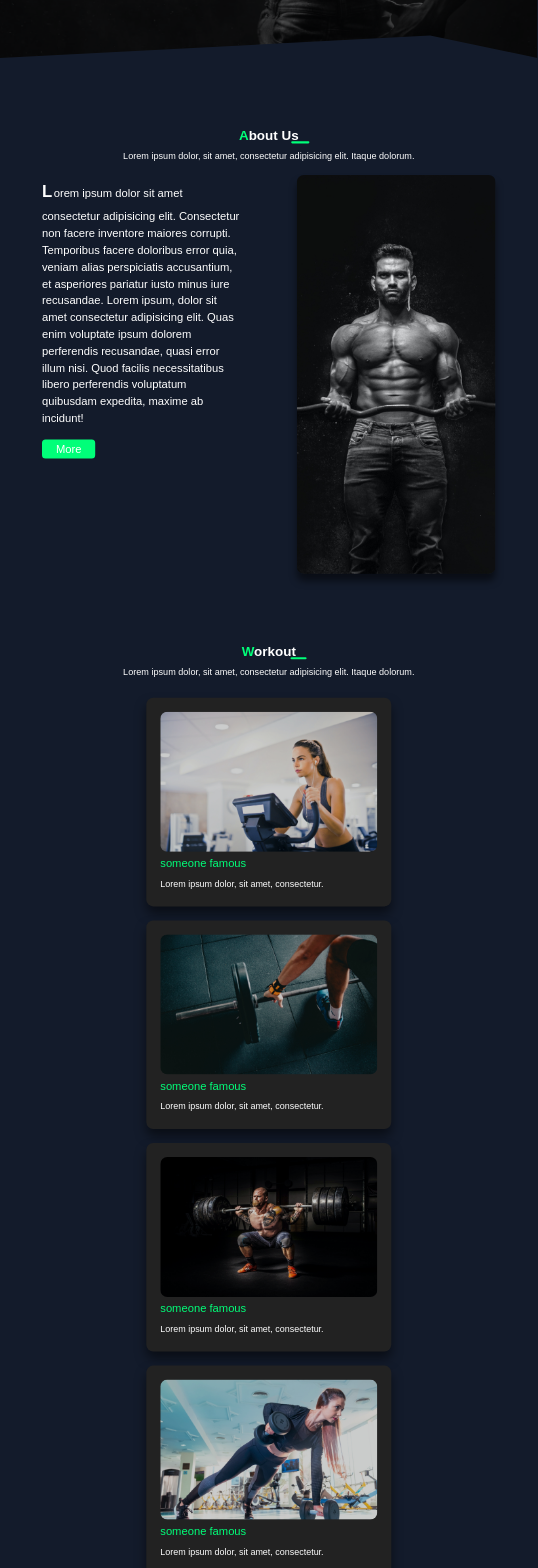
Repository: guilhermecardoso93/fitapex
Page: index.html
These files come from the project's save history. The page is drawn as it stood at one moment and after the next save; the edit follows.
The browser window is 768 px wide. The pictures show the part of the page from y = 557 to 2797 px (the page is 9305 px tall before and 9497 px after), at 70% of full size.

Above is the page before, as saved 2023-03-08 22:01:48.

### index.html
<!DOCTYPE html>
<html lang="pr-BR">
  <head>
    <meta charset="UTF-8" />
    <meta http-equiv="X-UA-Compatible" content="IE=edge" />
    <meta name="viewport" content="width=device-width, user-scalable=yes,
      initial-scale=1.0, maximum-scale=10, minimum-scale=1.0">
    <link rel="stylesheet" href="styles.css" />
    <link
      rel="stylesheet"
      href="https://cdnjs.cloudflare.com/ajax/libs/font-awesome/4.7.0/css/font-awesome.css"
      />
    <title>F.A GYM</title>
  </head>
  <body>

    <div class="navbar">
      <a href="#" class="logo">F<B>A</B>.</a>
      <div class="toggle" onclick="navToggle()"></div>
      <ol>
        <li> <a href="#home" onclick="navToggle()">home</a> </li>
        <li> <a href="#about" onclick="navToggle()">about</a> </li>
        <li> <a href="#workout" onclick="navToggle()">workout</a> </li>
        <li> <a href="#trainers" onclick="navToggle()">trainers</a> </li>
        <li> <a href="#diet" onclick="navToggle()">diet</a> </li>
        <li> <a href="#contact" onclick="navToggle()">contact</a> </li>
      </ol>
    </div>

    <section id="home" class="home view">
      <div class="highlights">
        <h3>feel the power with</h3>
        <h1><b>FIT</b>APEX</h1>
        <br />
        <p class="tagline">
          Lorem ipsum dolor sit amet, consectetur adipisicing elit. Totam facere
          iure recusandae? Similique, doloribus voluptatibus? Repudiandae aut
          eius mollitia exercitationem beatae eveniet expedita. Ipsa, expedita
          ipsum ipsam magnam illo quae.
        </p>
        <button class="join">join now</button>
      </div>
      <div class="banner" />
      </section>

      <section id="about" class="about view">
        <div class="main">
          <h2><span>A</span>bout Us</h2>
          <h6>
            Lorem ipsum dolor, sit amet, consectetur adipisicing elit. Itaque
            dolorum.
          </h6>
        </div>
        <div class="content">
          <div class="cols">
            <p>
              <b>L</b>orem ipsum dolor sit amet consectetur adipisicing elit.
              Consectetur non facere inventore maiores corrupti. Temporibus
              facere
              doloribus error quia, veniam alias perspiciatis accusantium, et
              asperiores pariatur iusto minus iure recusandae. Lorem ipsum,
              dolor
              sit amet consectetur adipisicing elit. Quas enim voluptate ipsum
              dolorem perferendis recusandae, quasi error illum nisi. Quod
              facilis
              necessitatibus libero perferendis voluptatum quibusdam expedita,
              maxime ab incidunt!
            </p>
            <a href="#">more</a>
          </div>
          <div class="cols">
            <div class="box">
              <img src="./assets/about.jpg" alt="" />
            </div>
          </div>
        </div>
      </section>

      <section id="workout" class="workout view">
        <div class="main">
          <h2><span>W</span>orkout</h2>
          <h6>
            Lorem ipsum dolor, sit amet, consectetur adipisicing elit. Itaque
            dolorum.
          </h6>
        </div>
        <div class="content">
          <div class="frame">
            <div class="box">
              <img src="./assets/workout1.jpg" alt="" />
            </div>
            <div class="title">someone famous</div>
            <p>Lorem ipsum dolor, sit amet, consectetur.</p>
          </div>
          <div class="frame">
            <div class="box">
              <img src="./assets/workout2.jpg" alt="" />
            </div>
            <div class="title">someone famous</div>
            <p>Lorem ipsum dolor, sit amet, consectetur.</p>
          </div>
          <div class="frame">
            <div class="box">
              <img src="./assets/workout3.jpg" alt="" />
            </div>
            <div class="title">someone famous</div>
            <p>Lorem ipsum dolor, sit amet, consectetur.</p>
          </div>
          <div class="frame">
            <div class="box">
              <img src="./assets/workout4.jpg" alt="" />
            </div>
            <div class="title">someone famous</div>
            <p>Lorem ipsum dolor, sit amet, consectetur.</p>
          </div>
          <div class="frame">
            <div class="box">
              <img src="./assets/workout5.jpg" alt="" />
            </div>
            <div class="title">someone famous</div>
            <p>Lorem ipsum dolor, sit amet, consectetur.</p>
          </div>
          <div class="frame">
            <div class="box">
              <img src="./assets/workout6.jpg" alt="" />
            </div>
            <div class="title">someone famous</div>
            <p>Lorem ipsum dolor, sit amet, consectetur.</p>
          </div>
        </div>
      </section>

      <section id="trainers" class="trainers view">
        <div class="main">
          <h2><span>B</span>est<span> T</span>rainers</h2>
          <h6>
            Lorem ipsum dolor, sit amet, consectetur adipisicing elit. Itaque
            dolorum.
          </h6>
        </div>
        <div class="content">
          <div class="frame">
            <div class="box">
              <img src="./assets/trainer1.jpg" alt="" />
            </div>
            <div class="headline">
              <div class="title">someone famous</div>
              <div class="icons">
                <i class="fa fa-facebook"></i>
                <i class="fa fa-twitter"></i>
                <i class="fa fa-linkedin"></i>
              </div>
            </div>
            <p>Lorem ipsum dolor sit, amet consectetur adipisicing elit.</p>
            <a href="">Explore</a>
          </div>
          <div class="frame">
            <div class="box">
              <img src="./assets/trainer2.jpg" alt="" />
            </div>
            <div class="headline">
              <div class="title">someone famous</div>
              <div class="icons">
                <i class="fa fa-facebook"></i>
                <i class="fa fa-twitter"></i>
                <i class="fa fa-linkedin"></i>
              </div>
            </div>
            <p>Lorem ipsum dolor sit, amet consectetur adipisicing elit.</p>
            <a href="">Explore</a>
          </div>
          <div class="frame">
            <div class="box">
              <img src="./assets/trainer3.jpg" alt="" />
            </div>
            <div class="headline">
              <div class="title">someone famous</div>
              <div class="icons">
                <i class="fa fa-facebook"></i>
                <i class="fa fa-twitter"></i>
                <i class="fa fa-linkedin"></i>
              </div>
            </div>
            <p>Lorem ipsum dolor sit, amet consectetur adipisicing elit.</p>
            <a href="">Explore</a>
          </div>
          <div class="frame">
            <div class="box">
              <img src="./assets/trainer4.jpg" alt="" />
            </div>
            <div class="headline">
              <div class="title">someone famous</div>
              <div class="icons">
                <i class="fa fa-facebook"></i>
                <i class="fa fa-twitter"></i>
                <i class="fa fa-linkedin"></i>
              </div>
            </div>
            <p>Lorem ipsum dolor sit, amet consectetur adipisicing elit.</p>
            <a href="">Explore</a>
          </div>
        </div>
      </section>

      <section id="diet" class="diet view">
        <div class="main">
          <h2><span>S</span>pecial<span> D</span>iet</h2>
          <h6>
            Lorem ipsum dolor, sit amet, consectetur adipisicing elit. Itaque
            dolorum.
          </h6>
        </div>
        <div class="content">
          <div class="row">
            <div class="cols a">
              <div class="heading">
                boiled chicken
              </div>
              <p>
                Lorem ipsum dolor sit amet consectetur adipisicing elit.
                Nostrum provident minus distinctio architecto debitis eos
                adipisci ipsum iure qui esse corporis vitae facere aliquid magni
                maiores, sit cupiditate dignissimos amet. Lorem ipsum dolor sit
                amet consectetur adipisicing elit. <br> Repellat non, tempora
                deleniti soluta placeat quam? Dolorem architecto nemo quae nulla
                provident natus quasi perferendis assumenda in, dolor deleniti
                aspernatur est.
              </p>
            </div>
            <div class="cols b">
              <div class="boxes">
                <img src="./assets/diet1.jpg" alt="">
              </div>
            </div>
          </div>
          <div class="row">
            <div class="cols a">
              <div class="heading">
                bread salad
              </div>
              <p>
                Lorem ipsum dolor sit amet consectetur adipisicing elit.
                Nostrum provident minus distinctio architecto debitis eos
                adipisci ipsum iure qui esse corporis vitae facere aliquid magni
                maiores, sit cupiditate dignissimos amet. Lorem ipsum dolor sit
                amet consectetur adipisicing elit. <br> Repellat non, tempora
                deleniti soluta placeat quam? Dolorem architecto nemo quae nulla
                provident natus quasi perferendis assumenda in, dolor deleniti
                aspernatur est.
              </p>
            </div>
            <div class="cols b">
              <div class="boxes">
                <img src="./assets/diet2.jpg" alt="">
              </div>
            </div>
          </div>
          <div class="row">
            <div class="cols a">
              <div class="heading">
                dry fruits
              </div>
              <p>
                Lorem ipsum dolor sit amet consectetur adipisicing elit.
                Nostrum provident minus distinctio architecto debitis eos
                adipisci ipsum iure qui esse corporis vitae facere aliquid magni
                maiores, sit cupiditate dignissimos amet. Lorem ipsum dolor sit
                amet consectetur adipisicing elit. <br> Repellat non, tempora
                deleniti soluta placeat quam? Dolorem architecto nemo quae nulla
                provident natus quasi perferendis assumenda in, dolor deleniti
                aspernatur est.
              </p>
            </div>
            <div class="cols b">
              <div class="boxes">
                <img src="./assets/diet3.jpg" alt="">
              </div>
            </div>
          </div>
          <div class="row">
            <div class="cols a">
              <div class="heading">
                healthy fruits
              </div>
              <p>
                Lorem ipsum dolor sit amet consectetur adipisicing elit.
                Nostrum provident minus distinctio architecto debitis eos
                adipisci ipsum iure qui esse corporis vitae facere aliquid magni
                maiores, sit cupiditate dignissimos amet. Lorem ipsum dolor sit
                amet consectetur adipisicing elit. <br> Repellat non, tempora
                deleniti soluta placeat quam? Dolorem architecto nemo quae nulla
                provident natus quasi perferendis assumenda in, dolor deleniti
                aspernatur est.
              </p>
            </div>
            <div class="cols b">
              <div class="boxes">
                <img src="./assets/diet4.jpg" alt="">
              </div>
            </div>
          </div>
          <div class="row">
            <div class="cols a">
              <div class="heading">
                fresh juices
              </div>
              <p>
                Lorem ipsum dolor sit amet consectetur adipisicing elit.
                Nostrum provident minus distinctio architecto debitis eos
                adipisci ipsum iure qui esse corporis vitae facere aliquid magni
                maiores, sit cupiditate dignissimos amet. Lorem ipsum dolor sit
                amet consectetur adipisicing elit. <br> Repellat non, tempora
                deleniti soluta placeat quam? Dolorem architecto nemo quae nulla
                provident natus quasi perferendis assumenda in, dolor deleniti
                aspernatur est.
              </p>
            </div>
            <div class="cols b">
              <div class="boxes">
                <img src="./assets/diet5.jpg" alt="">
              </div>
            </div>
          </div>
          <div class="row">
            <div class="cols a">
              <div class="heading">
                some proteins
              </div>
              <p>
                Lorem ipsum dolor sit amet consectetur adipisicing elit.
                Nostrum provident minus distinctio architecto debitis eos
                adipisci ipsum iure qui esse corporis vitae facere aliquid magni
                maiores, sit cupiditate dignissimos amet. Lorem ipsum dolor sit
                amet consectetur adipisicing elit. <br> Repellat non, tempora
                deleniti soluta placeat quam? Dolorem architecto nemo quae nulla
                provident natus quasi perferendis assumenda in, dolor deleniti
                aspernatur est.
              </p>
            </div>
            <div class="cols b">
              <div class="boxes">
                <img src="./assets/diet6.jpg" alt="">
              </div>
            </div>
          </div>
        </div>
      </section>

      <section id="contact" class="contact view">
        <div class="main">
          <h2><span>C</span>ontact</h2>
          <h6>Lorem ipsum dolor, sit amet, consectetur adipisicing elit. Itaque
            dolorum.</h6>
        </div>

        <div class="content">
          <form>
            <input type="text" placeholder="User"/>
            <input type="email" placeholder="Email"/>
            <textarea rows="5" placeholder="What's on your mind"></textarea>
            <br>
            <input type="submit" value="Send" class="button"/>
          </form>
          <div class="bgimg">
          </div>
        </div>
        <section class="copyright">
          copyright <a href="#">WebkitCoding</a> 2023 | All Rights Reserved
        </section>
      </section>

    </body>
    <script src="script.js"></script>
  </html>

### styles.css
@import url("https://fonts.googleapis.com/css2?family=Poppins:wght@400;500&display=swap");

@import "./css/_navbar.css";
@import "./css/_home.css";
@import "./css/_about.css";
@import "./css/_workout.css";
@import "./css/_trainers.css";
@import "./css/_diet.css";
@import "./css/_contact.css";

* {
  margin: 0;
  padding: 0;
  box-sizing: border-box;
  font-family: "Poppisns", sans-serif;
  outline: none;
  color: #fff;
  scroll-behavior: smooth;
}

:root {
  --prime: #00ff79;
}

body {
  background-color: #131b2b;
}

.view {
  width: 100%;
  min-height: 80vh;
  position: relative;
}

### css/_navbar.css
.navbar {
  width: 100%;
  display: flex;
  position: fixed;
  padding: 30px 120px;
  justify-content: space-between;
  z-index: 1111;
  transition: 0.5s ease;
}

.navbar.sticky {
  padding: 6px 60px;
  background: #0c1518;
  box-shadow: 0 0 15px rgba(0, 0, 0, 0.3);
}

.navbar.sticky .logo {
  font-size: 2em;
  color: var(--prime);
}

.navbar.sticky .logo B {
  color: #fff;
}

.logo {
  font-size: 2.8em;
  font-weight: 800;
  letter-spacing: 2px;
  text-transform: uppercase;
  text-decoration: none;
}

.logo B {
  color: var(--prime);
}

ol {
  display: flex;
  margin: auto 0;
}

ol li {
  list-style: none;
  margin-left: 20px;
}

ol li a {
  font-size: 20px;
  font-weight: 500;
  text-transform: uppercase;
  text-decoration: none;
}

ol li:hover a {
  color: var(--prime);
}

// Responsive
@media (max-width: 767px) {
  /* de 0px até 767px */
}
@media (max-width: 992px) {
  .navbar {
    padding: 0 60px;
  }

  .navbar ol {
    display: none;
  }

  .navbar ol.active {
    top: 60px;
    left: 0;
    width: 100%;
    display: flex;
    position: fixed;
    padding-top: 10px;
    background: #222;
    align-items: center;
    justify-content: top;
    flex-direction: column;
    height: calc(100% - 60px);
    gap: 5px;
  }

  .navbar ol.active li {
    font-size: 25px;
  }

  .navbar .toggle {
    height: 25px;
    width: 25px;
    margin: auto 0;
    cursor: pointer;
    background: url("../assets/menubar.jpg");
    background-size: 25px;
    background-position: center;
    filter: invert(1);
    background-repeat: no-repeat;
  }

  .navbar .toggle.active {
    background: url("../assets/close.png");
    background-size: 40px;
    background-position: center;
    filter: invert(1);
  }

  .highilights h3 {
    font-size: 3vw;
    padding: 5px 10px;
    border-left: 3px solid var(--prime);
  }

  .highilights h1 {
    font-size: 16vw;
  }

  .highilights .join {
    font-size: 1.8vw;
    border: 1px solid var(--prime);
  }

  .main h2 {
    font-size: 1.5rem;
  }

  .main h6 {
    font-size: 10px;
  }
}

### css/_home.css
.home {
  display: flex;
  min-height: 120vh;
  align-items: center;
  justify-content: center;
  clip-path: polygon(0 0, 100% 0, 100% 100%, 80% 95%, 0 100%);
}

.banner {
  height: 100%;
  width: 100%;
  position: absolute;
  background: url("../assets/banner.jpg");
  background-size: cover;
  background-position: center;
  filter: brightness(40%);
}

.highlights {
  width: 50%;
  position: relative;
  display: inline-block;
  justify-content: center;
  z-index: 11;
}

.highlights h3 {
  display: inline;
  font-size: 2vw;
  padding: 5px 20px;
  font-weight: lighter;
  text-transform: capitalize;
  border-left: 6px solid var(--prime);
}

.highlights h1 {
  font-size: 9vw;
  text-align: center;
  font-weight: normal;
}

.highlights b {
  color: var(--prime);
  font-weight: 800;
  font-family: sans-serif;
}

.highlights .tagline {
  color: #d7d7d7;
  font-size: 1.2vw;
  text-align: center;
  font-weight: normal;
  line-height: 32px;
}

.highlights .join {
  position: absolute;
  left: 40%;
  margin-top: 1.2rem;
  padding: 5px 20px;

  transform: tanslateX(-500%);
  font-weight: 800;
  font-size: 1.5vw;
  text-transform: uppercase;

  color: var(--prime);
  border: 2px solid var(--prime);
  border-radius: 50px;
  background: transparent;

  transition: 0.3s ease;
}

.highlights .join:hover {
  color: #fff;
  cursor: pointer;
  letter-spacing: 1.5px;
  background: var(--prime);
}

### css/_about.css
.main {
  width: 100%;
  text-align: center;
  padding-bottom: 20px;
  -webkit-font-smoothing: antialiased;
  -moz-osx-font-smoothing: grayscale;

}

.main h2 {
  font-size: 2.5vw;
  position: relative;
  text-align: center;
  padding-top: 100px;
  display: inline-block;
}

span {
  color: var(--prime);
}

.main h2:before {
  position: absolute;
  content: "";
  background: var(--prime);
  height: 3px;
  width: 30%;
  right: -15px;
  bottom: 0;
  border-radius: 50px;
}

.main h6 {
  margin-top: 10px;
  font-size: 13px;
  font-family: sans-serif;
  font-weight: lighter;
}

.content {
  position: relative;
  display: flex;
  width: 100%;
  padding: 0 20px;
  justify-content: center;
  line-height: 1.5em;
}

.about .content .cols {
  position: relative;
  width: 100%;
  height: 100%;
  padding: 0px 40px;
}

.about .content .cols p b {
  font-size: 24px;
  margin-right: 2px;
  line-height: 2;
}

.about .content .cols a {
  position: relative;
  top: 20px;
  color: #fff;
  background-color: var(--prime);
  padding: 5px 20px;
  border-radius: 5px;
  text-decoration: none;
  text-weight: 500;
  text-transform: capitalize;
}

.about .content .cols a:hover {
  color: #000;
  background: #fff;
}

.about .content .cols .box {
  position: relative;
  height: 570px;
  box-shadow: 0 10px 10px rgba(0, 0, 0, 0.5);
  border-radius: 10px;
}

.about .content .cols .box img {
  position: absolute;
  top: 0;
  left: 0;
  height: 100%;
  width: 100%;
  object-fit: cover;
  border-radius: 10px;
}

### css/_workout.css
.workout .content {
  flex-wrap: wrap;
  max-width: 80%;
  margin: 0 auto;
}

.workout .content .frame {
  position: relative;
  width: 350px;
  padding: 20px;
  margin: 10px;
  background: #222;
  box-shadow: 0 10px 15px rgba(0,0,0,0.5);
  border-radius: 10px;

}

.workout .content .frame .box {
  position: relative;
  height: 200px;
  width: 100%;
  overflow: hidden;
  border-radius: 10px;
}

.workout .content .frame .box img {
  position: absolute;
  height: 100%;
  width: 100%;
  object-fit: cover;
  filter: brightness(80%);
  transition: 0.2s ease-in ;
}

.workout .content .frame .box:hover img {
  filter: brightness(100%);
  transform: scale(1.08) ;
}

.workout .content .frame .title {
  color: var(--prime);
  padding: 5px 0;
}

.workout .content .frame p {
  font-size: 0.8rem;
}

### css/_trainers.css
.trainers .content {
  flex-wrap: wrap;
}

.trainers .content .frame {
  position: relative;
  border-radius: 10px;
  width: 500px;
  padding: 30px 30px 40px 30px;
  box-shadow: 0 10px 15px rgba(0, 0, 0, 0.5);
  margin: 10px;
  background: #222;
}

.trainers .content .frame .box {
  position: relative;
  height: 300px;
  width: 100%;
  overflow: hidden;
}

.trainers .content .frame .box img {
  position: absolute;
  height: 100%;
  width: 100%;
  object-fit: cover;
  filter: grayscale(1);
  transtion: 0.2s ease-in;
}

.trainers .content .frame .box:hover img {
  filter: grayscale(0);
  transform: scale(1.08);
}

.trainers .content .frame .headline {
  display: flex;
  align-items: center;
  justify-content: space-between;
  margin: 8px 0;
}

.trainers .content .frame .headline i {
  height: 22px;
  width: 22px;
  border: 1.5px solid #fff;
  border-radius: 50%;
  text-align: center;
  font-size: 12px;
  margin-right: 5px;
  cursor: pointer;
  line-height: 22px;
}

.trainers .content .frame .headline i:hover {
  border: 1.5px solid var(--prime);
  background: var(--prime);
}

.trainers .content .frame .headline .title {
  color: var(--prime);
  font-size: 1.2em;
}

.trainers .content .frame p {
  font-size: 0.8em;
  position: relative;
  bottom: 5px;
}

.trainers .content .frame a {
  top: 20px;
  color: var(--prime);
  background: transparent;
  padding: 5px 20px;
  border: 1.5px solid var(--prime);
  border-radius: 5px;
  text-decoration: none;
  position: relative;
  text-transform: capitalize;
  transition: 0.2s ease;
}

.trainers .content .frame a:hover {
  color: #fff;
  background: var(--prime);
}

### css/_diet.css
.diet .content {
  flex-direction: column;
}

.diet .content .row {
  display: flex;
  postition: relative;
  width: 100%;
  padding: 20px 0;
  justify-content: center;
}

.diet .content .row:nth-child(odd) .a {
  order: 2;
}

.diet .content .row .cols {
  position: relative;
  width: 600px;
  padding: 20px 50px;
}

.diet .content .row .cols .heading {
  font-size: 2em;
  color: #ff8502;
  text-transform: capitalize;
}

.diet .content .row:nth-child(odd) .heading {
  color: #02a3ff;
}

.diet .content .row .cols .boxes {
  position: relative;
  width: 100%;
  height: 350px;
  padding: 20px;
  border-radius: 8px;
  background: #fff;
  box-shadow: 0 10px 15px rgba(0, 0, 0, 0.5);
}

.diet .content .row .cols .boxes img {
  height: 100%;
  width: 100%;
  object-fit: cover;
  border-radius: 8px;
}

### css/_contact.css
.contact .content {
  min-height: 100vh;
}

.contact .content form {
  margin: auto 0;
  width: 400px;
  height: 500px;
  padding: 20px;
  background: #fff;
  border-radius: 10px;
  box-shadow: 0 10px 15px rgba(0, 0, 0, 0.5);
  z-index: 1;
}

.contact .content form input {
  color: #222;
  width: 100%;
  height: 50px;
  padding: 0 10px;
  font-size: 18px;
  border: 1px solid #878787;
  border-radius: 4px;
  margin: 15px 0;
  background: transparent;
}

.contact .content form textarea {
  width: 100%;
  padding: 10px;
  color: #222;
  font-size: 18px;
  border: 1px solid #878787;
  border-radius: 4px;
  margin: 15px 0;
  background: transparent;
}

.contact .content form input:focus,
.contact .content form textarea:focus {
  border: 2px solid var(--prime);
  transition: 0.1s ease;
}

.contact .content form .button {
  letter-spacing: 1px;
  width: 100px;
  display: inline-block;
  color: var(--prime);
  border-color: var(--prime);
  cursor: pointer;
  transition: 0.2s ease;
}

.contact .content form .button:hover {
  color: #fff;
  border-color: #fff;
  background-color: var(--prime);
}

.contact .content .bgimg {
  position: absolute;
  height: 100%;
  width: 100%;
  background: url("../assets/bgimg.jpg");
  background-size: cover;
  background-position: center;
  filter: brightness(20%);
}

.copyright {
  text-transform: capitalize;
  height: 40px;
  width: 100%;
  background: #222;
  position: absolute;
  bottom: 0;
  text-align: center;
  font-size: 18px;
  line-height:40px;
}

.copyright a {
  color: var(--prime);
  text-decoration: none;
  margin: 0 2px;
  font-weight: lighter;
}

### script.js
window.addEventListener("scroll", function(){
  const navbar = document.querySelector(".navbar");
  navbar.classList.toggle("sticky", window.scrollY > 50);
});

const togglebar = document.querySelector(".toggle")
const menu = document.querySelector('ol')

function navToggle() {
  togglebar.classList.toggle('active')
  menu.classList.toggle('active')
  console.log('oi')
}

After the next save:
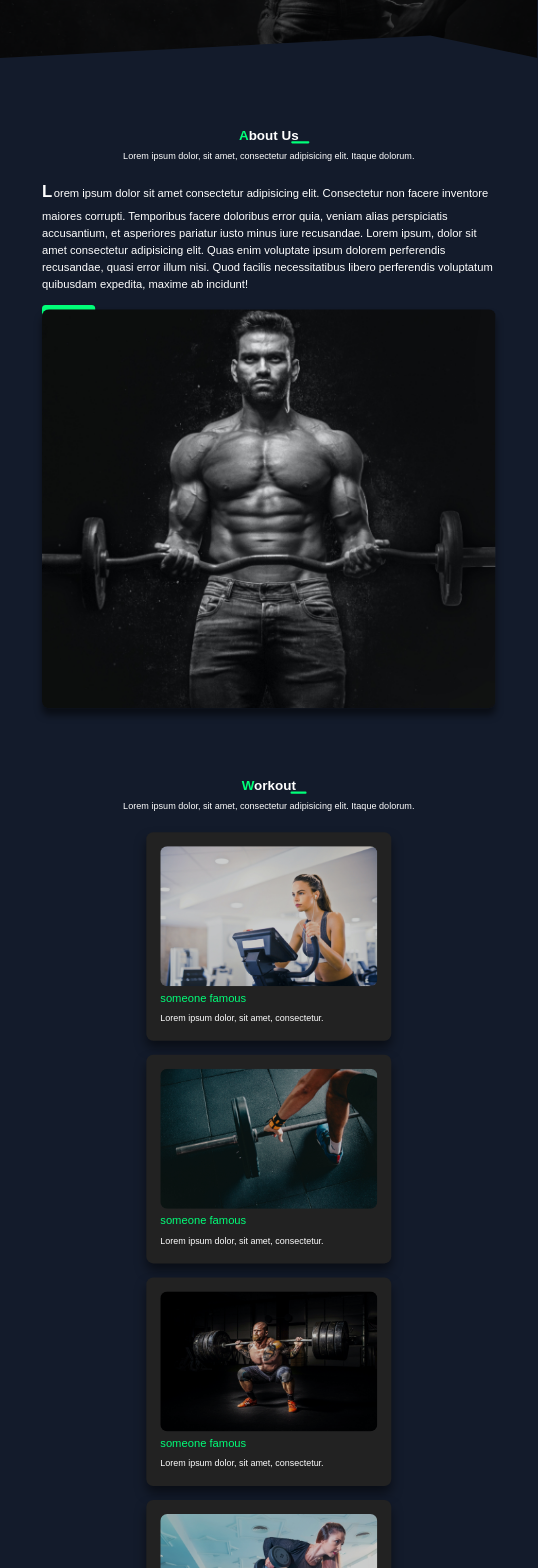
Saved 39 s later.
--- a/css/_navbar.css
+++ b/css/_navbar.css
@@ -129,4 +129,8 @@ ol li:hover a {
   .main h6 {
     font-size: 10px;
   }
+
+  .about .content {
+    flex-direction: column;
+  }
 }
